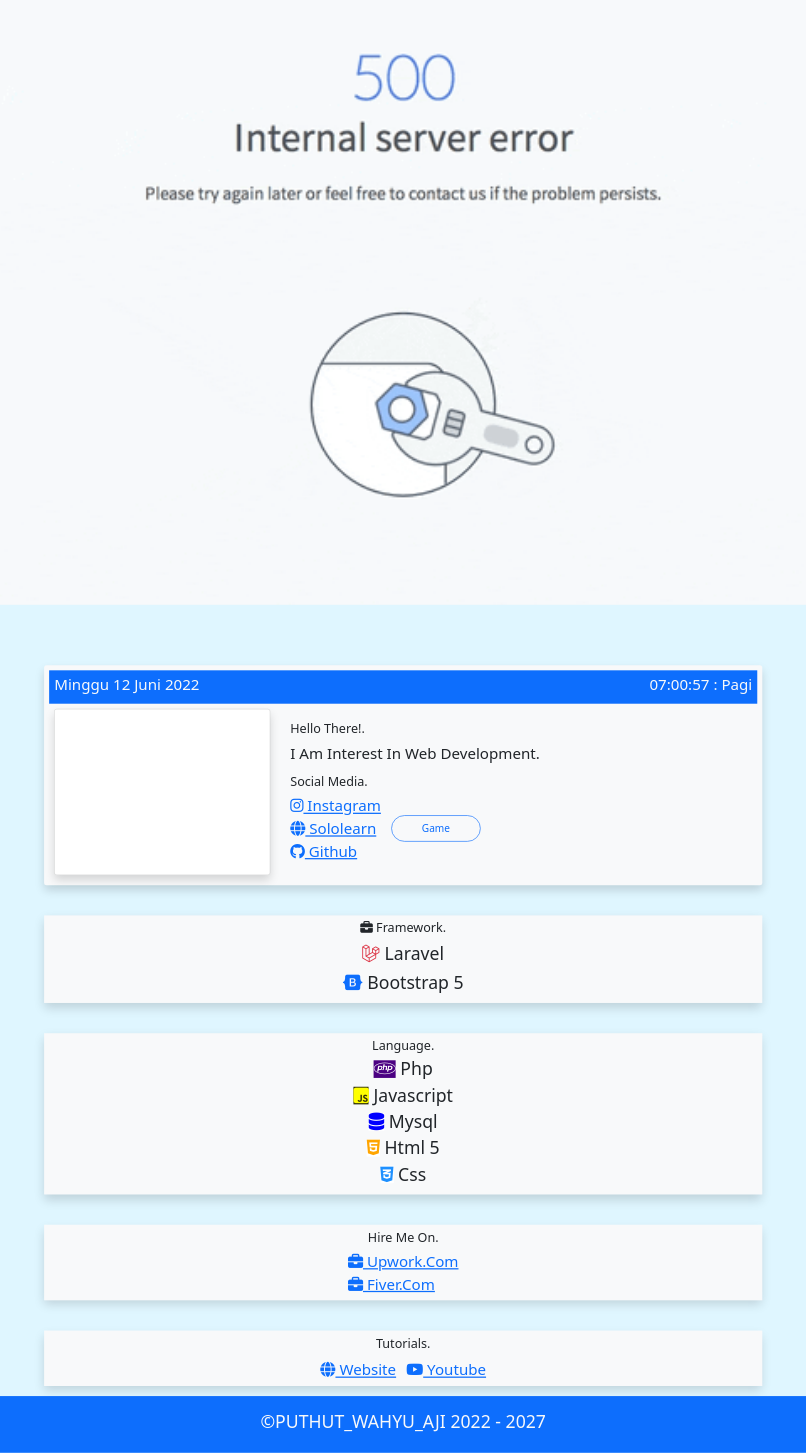
Repository: initer3737/initer3737.github.io
Page: index.html
An editor plug-in stored every save of this project. The page is shown before and after the next save, followed by the edit.
The browser window is 1280 px wide. The pictures show the whole page, at 63% of full size.
Pictures or frames that could not be fetched are drawn as grey boxes. Some web libraries are served in a nearby version.

Above is the page before, as saved 2022-06-12 07:27:23.

After the next save:
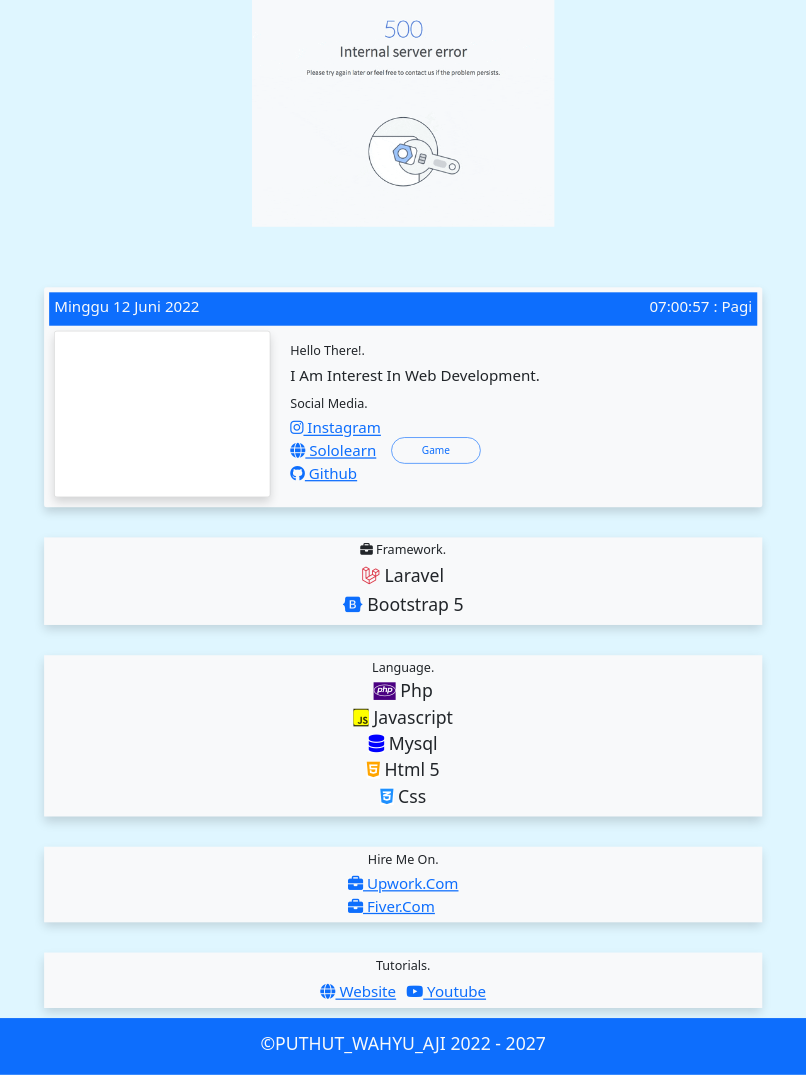
Saved 9 s later.
--- a/index.html
+++ b/index.html
@@ -12,7 +12,7 @@
 </head>
 <body class="bg-1">
     <header class="">
-        <img src="img/giphy.gif" class="w-100">
+        <img src="img/giphy.gif" class="">
     </header> <br><br>
     <div class="container mt-5 bg-light shadow rounded  d-flex flex-column gap-4 justify-content-center align-content-center align-items-center p-2">
         <div class="row d-flex align-content-center align-items-center">

After the 3 saves that followed:
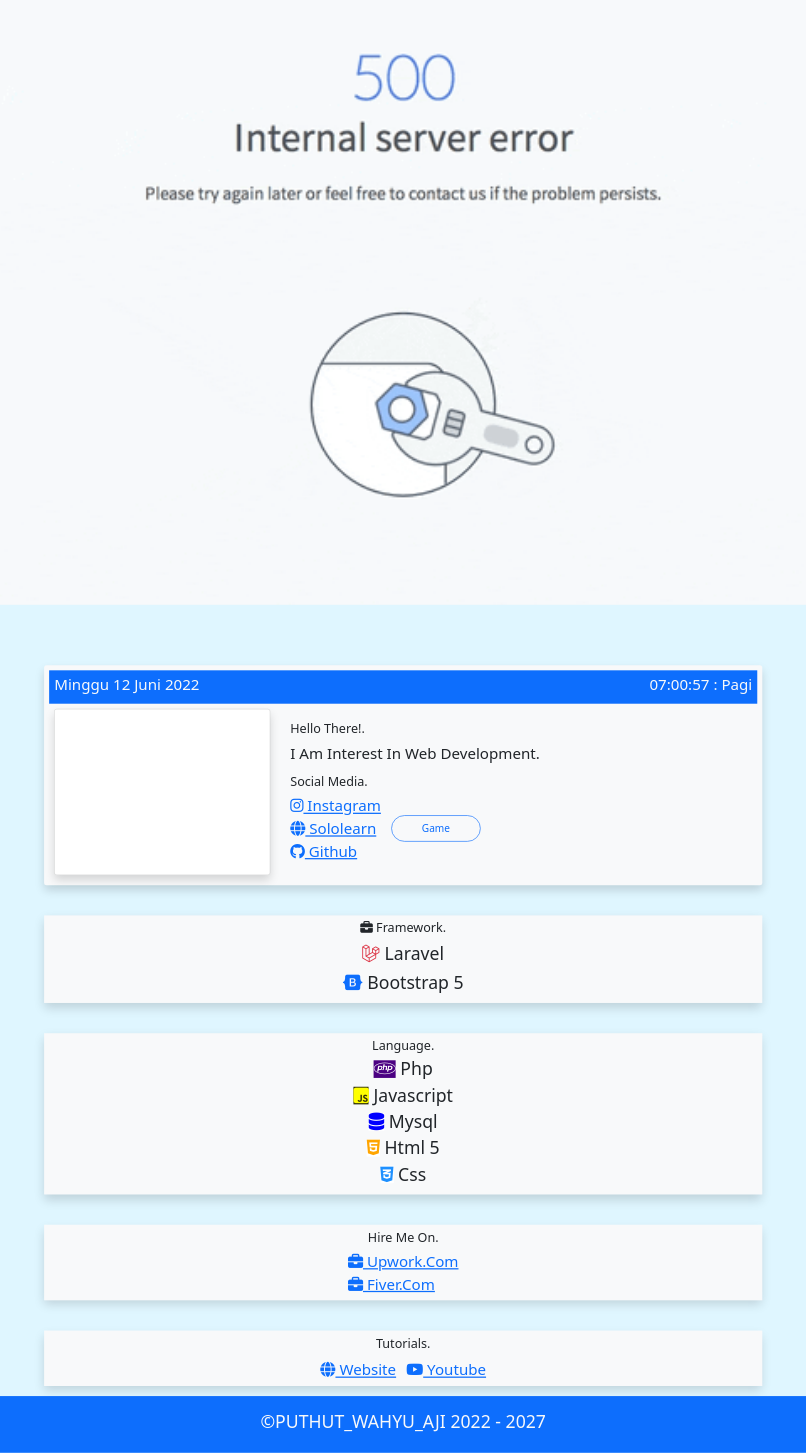
The 3 saves are shown as one change because 2 left the picture as it was.
The last was saved 37 s later.
--- a/index.html
+++ b/index.html
@@ -11,8 +11,8 @@
     <link rel="stylesheet" href="css/style.css">
 </head>
 <body class="bg-1">
-    <header class="">
-        <img src="img/giphy.gif" class="">
+    <header class="col-12">
+        <img src="img/giphy.gif" class="img-fluid col-12">
     </header> <br><br>
     <div class="container mt-5 bg-light shadow rounded  d-flex flex-column gap-4 justify-content-center align-content-center align-items-center p-2">
         <div class="row d-flex align-content-center align-items-center">
